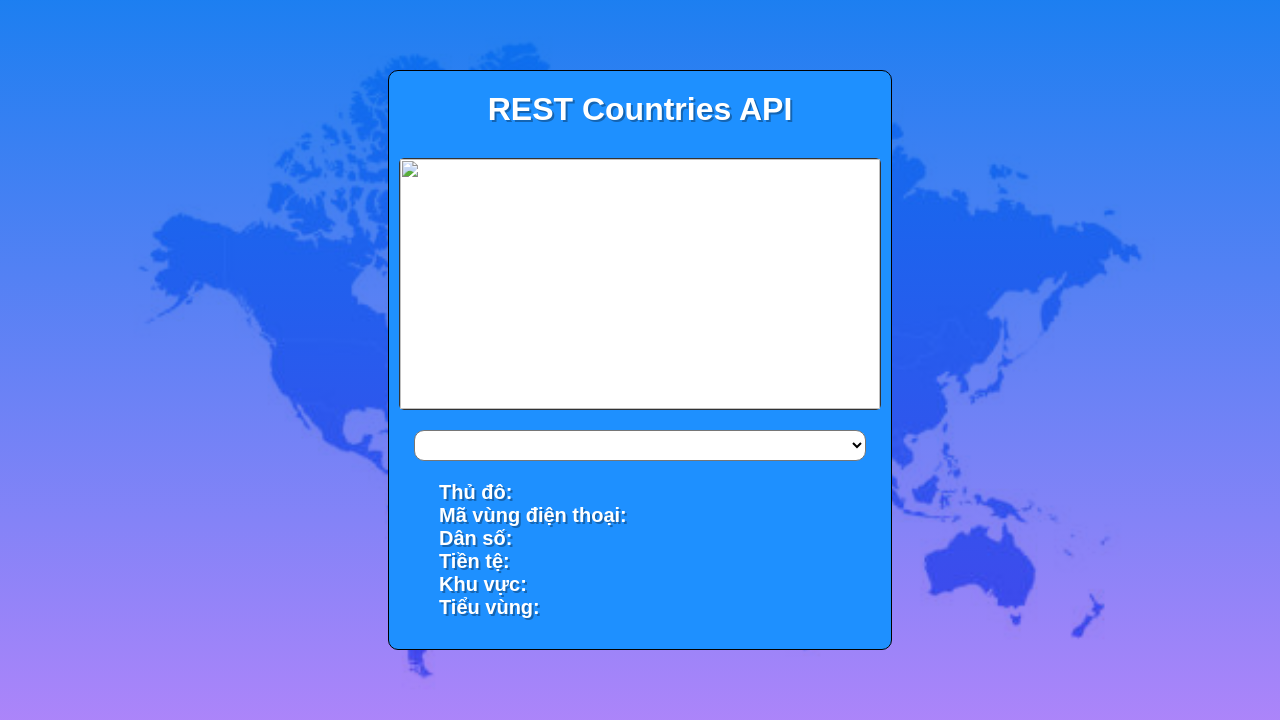
Repository: KhoaTran204/Rest-countries-api-app
Page: index.html
These files come from the project's save history. The page is drawn as it stood at one moment and after the next save; the edit follows.
The browser window is 1280 px wide. The pictures show the whole page.
The page's requests for data from a server got no answer.

Above is the page before, as saved 2024-04-14 09:20:46.

After the next save:
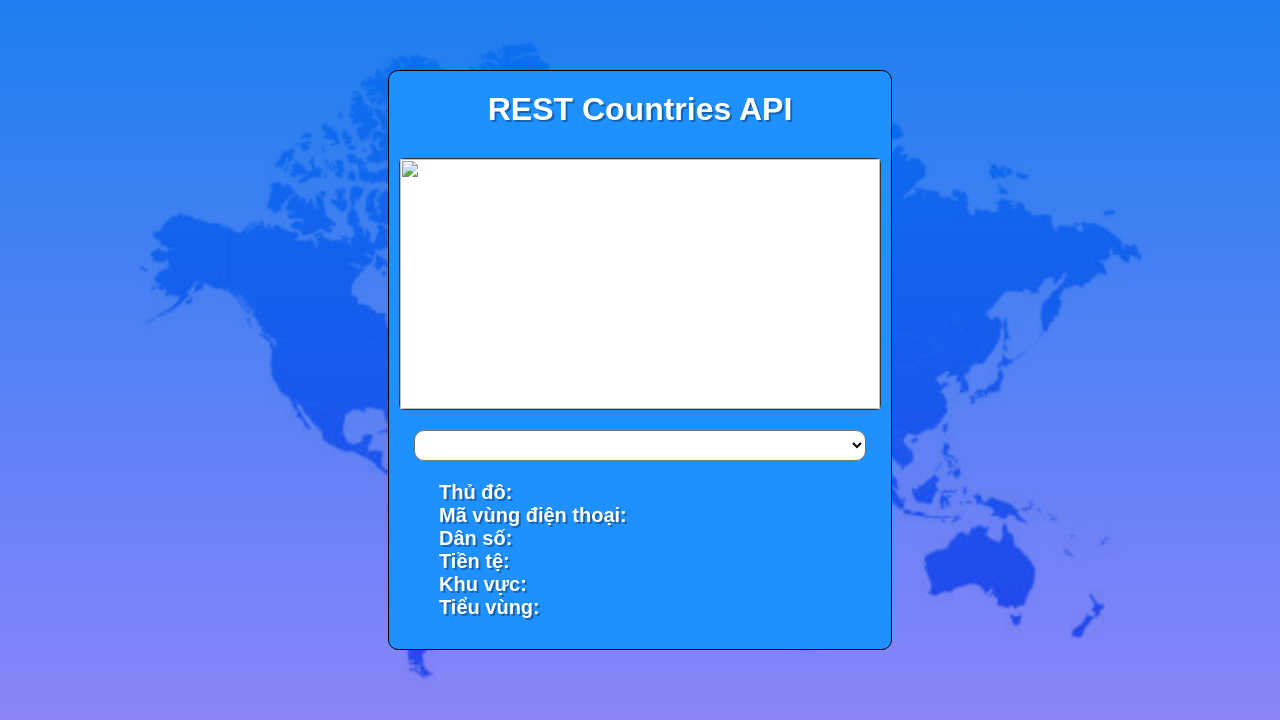
Saved 14 s later.
--- a/style.css
+++ b/style.css
@@ -16,7 +16,7 @@ body {
   background-size: cover; */
   background: linear-gradient(
       to top,
-      rgba(89, 11, 244, 0.5),
+      rgba(23, 11, 244, 0.5),
       rgba(4, 113, 239, 0.9)
     ),
     url(anh/bando.jpg) no-repeat center/cover;
